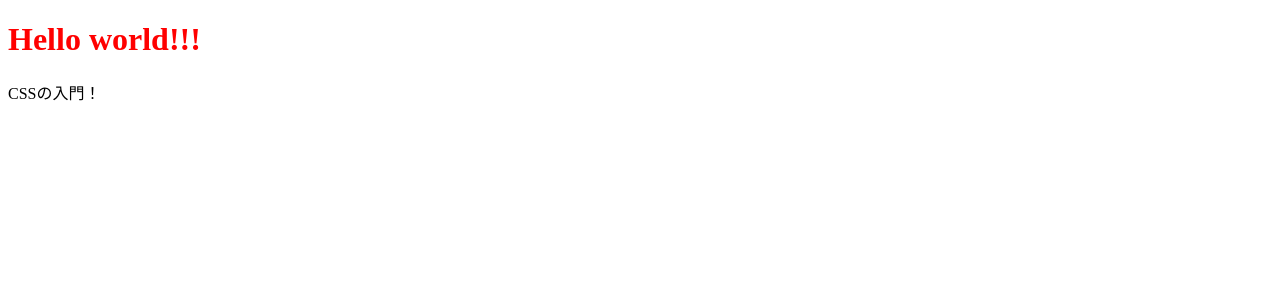
Repository: sasaya0222/test
Page: html/css_intro/index.html
The author's editor kept a record of every edit. The page is drawn from the files as they stood at one moment, then again after the next edit.
The browser window is 1280 px wide. The pictures show the whole page.

Above is the page before.

### html/css_intro/index.html
<!DOCTYPE HTML>
<html>
<head>
  <meta charset="UTF-8" />
  <title>TECH BOOST</title>

  <style>
    h1 {
      color: red;
    }
  </style>
</head>
  <body>
    <h1>Hello world!!!</h1>
    <p>CSSの入門！</p>
  </body>
</html>

After the next edit:
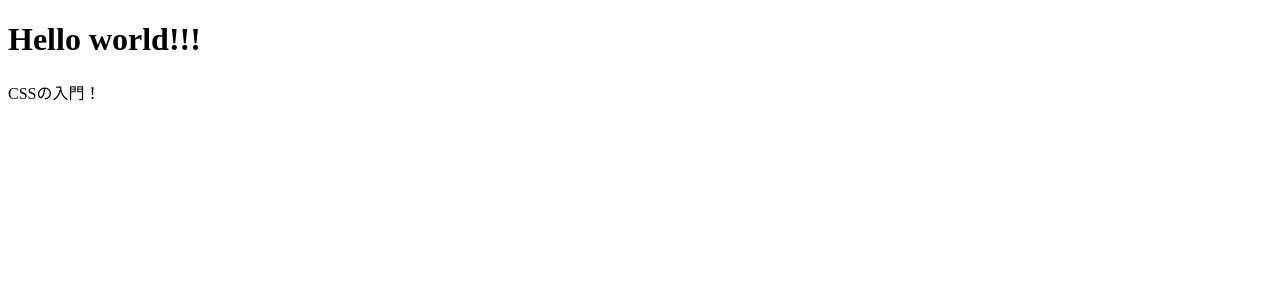
The edit:
--- a/html/css_intro/index.html
+++ b/html/css_intro/index.html
@@ -5,9 +5,13 @@
   <title>TECH BOOST</title>
 
   <style>
-    h1 {
-      color: red;
-    }
+#title {
+  color: red;
+}
+
+.description {
+  color: blue;
+}
   </style>
 </head>
   <body>
